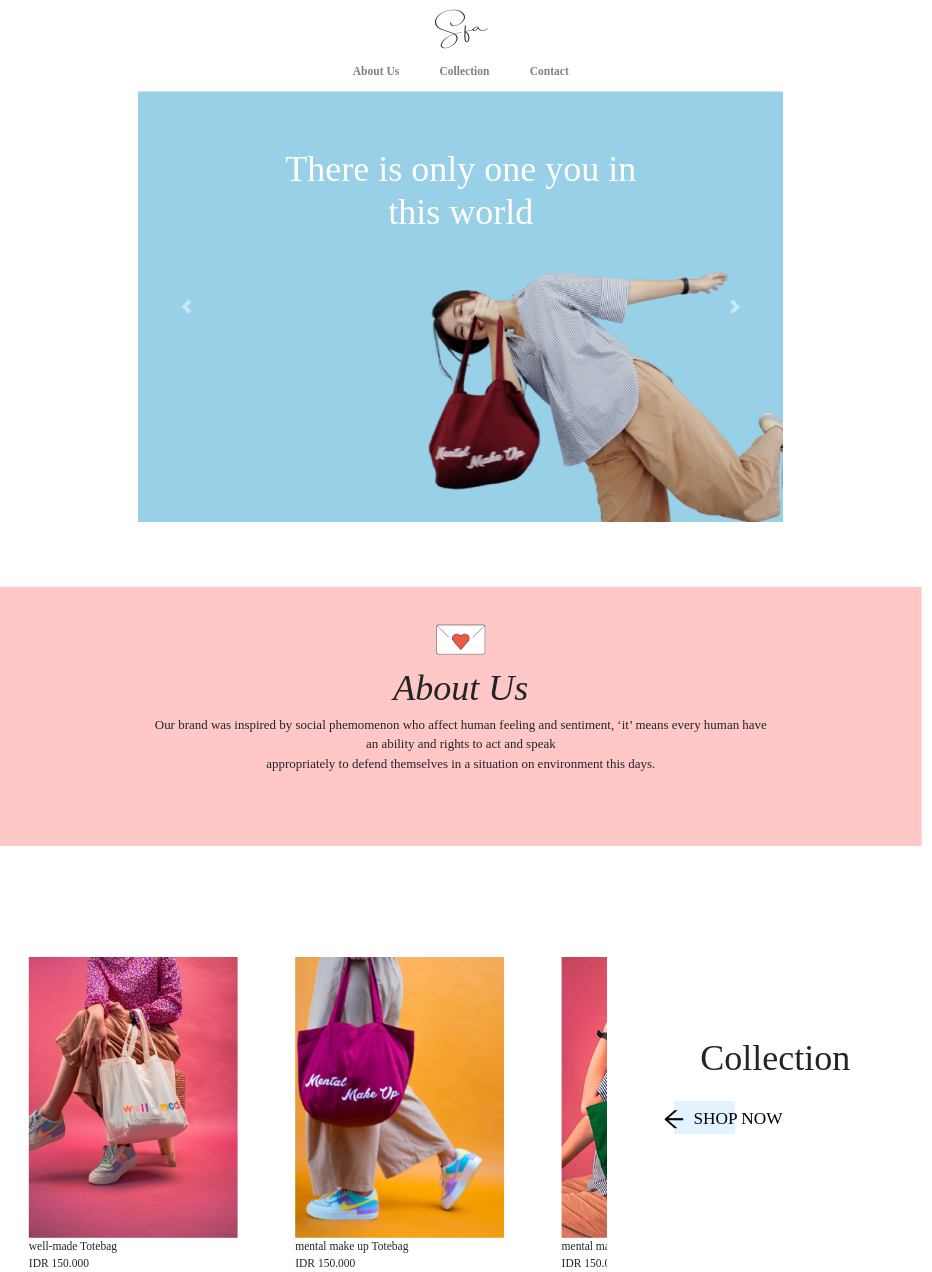
Repository: bismowibi/savoir
Page: index.html
An editor plug-in stored every save of this project. The page is shown before and after a run of saves, followed by the edit.
The browser window is 1280 px wide. The page is 1295 px wide, so the pictures cover 1295 px, including what lies to the right of the window. The pictures show the whole page, at 72% of full size.
Some web libraries are served in a nearby version.

Above is the page before, as saved 2020-04-04 03:29:54.

After the next 2 saves:
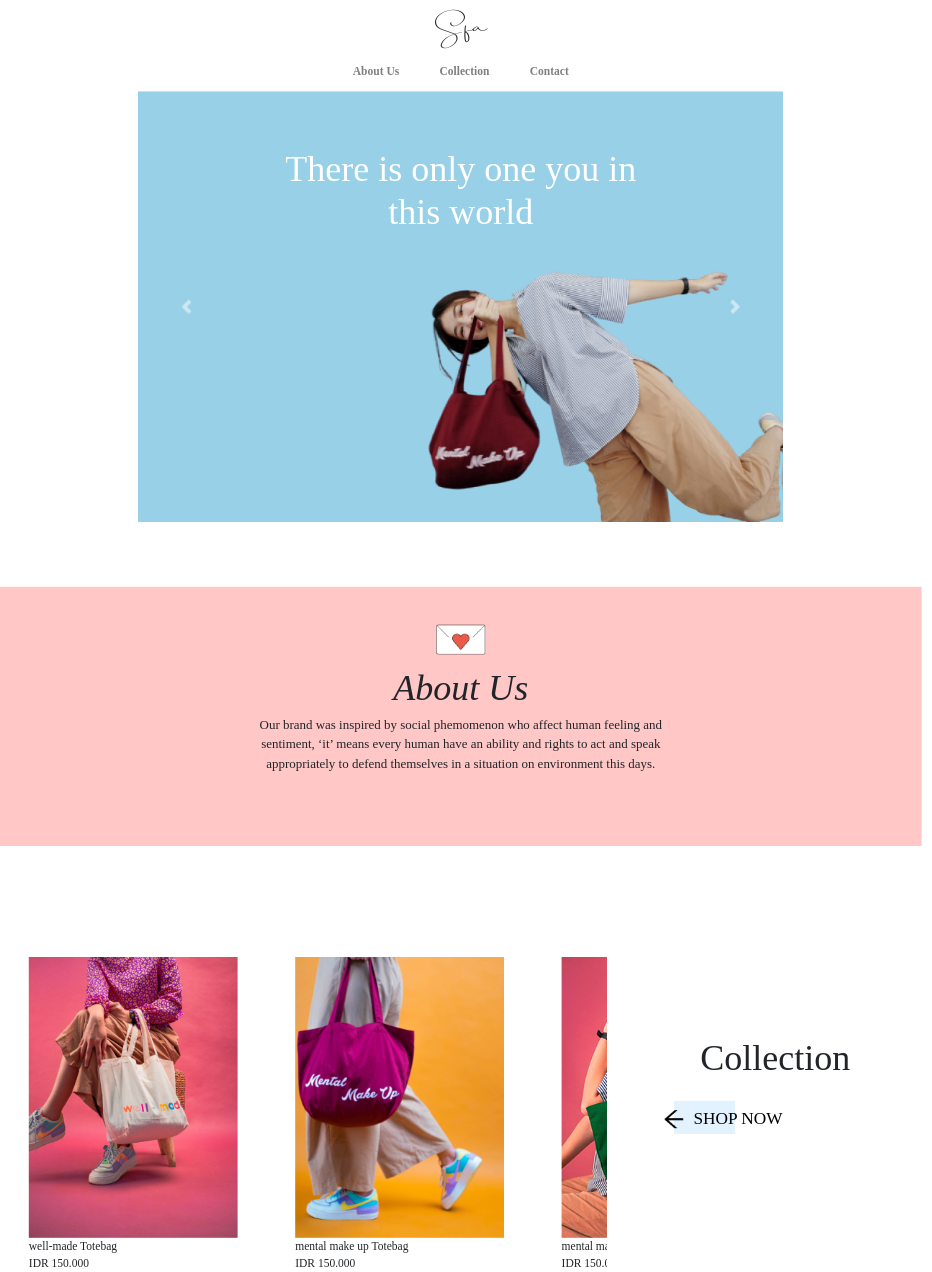
The 2 saves are shown as one change because they came seconds apart.
The last was saved 11 s later.
--- a/index.html
+++ b/index.html
@@ -129,7 +129,7 @@
         </div>
         <div class="col-lg-12 text-center">
           <h2>About Us</h2>
-          <p class="">Our brand was inspired by social phemomenon who affect human feeling and sentiment, ‘it’ means every human have an ability and rights to act and speak <br>appropriately to defend themselves in a situation on environment this days. </p>
+          <p class="">Our brand was inspired by social phemomenon who affect human feeling and <br> sentiment, ‘it’ means every human have an ability and rights to act and speak <br>appropriately to defend themselves in a situation on environment this days. </p>
         </div>
       </div>
     </div>
